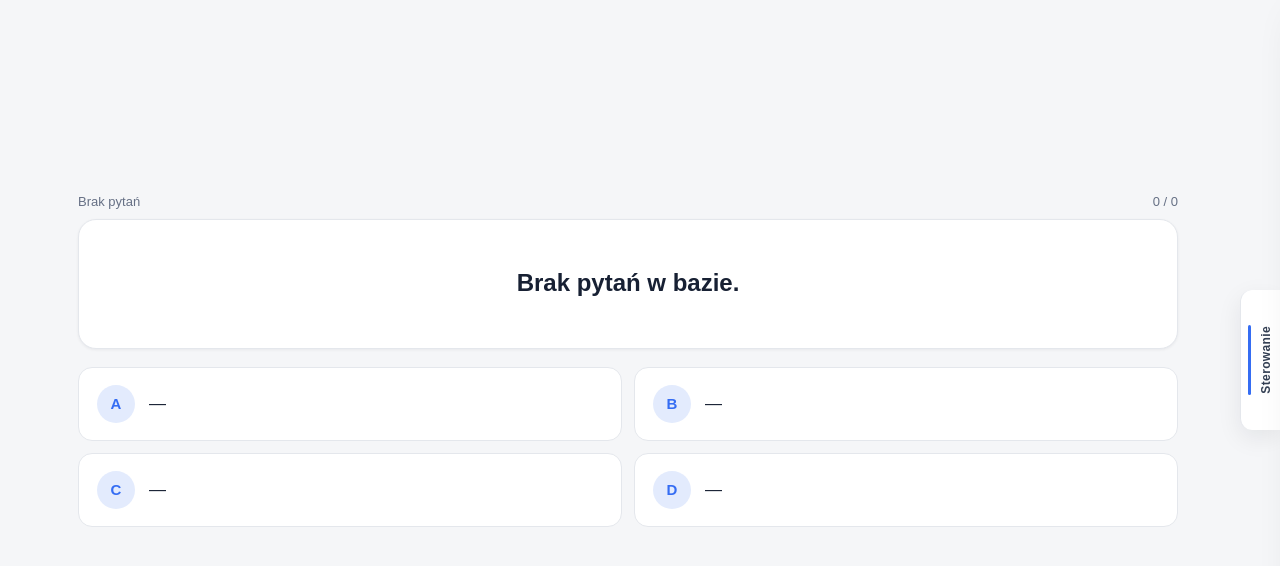
Repository: WaleonGames/HTGMilionerzy
Page: views/game.html
The author's editor kept a copy of each file at every save. The page is drawn from the files as they stood at one save, then again after the next save.
The browser window is 1280 px wide. The pictures show the whole page.

Above is the page before, as saved 2026-09-05 20:52:07.

### views/game.html
<!doctype html>
<html lang="pl">
<head>
  <meta charset="UTF-8">
  <meta name="viewport" content="width=device-width,initial-scale=1.0">

  <title>Milionerzy - Gra</title>

  <link rel="stylesheet" href="../public/css/design.css">
  <link rel="stylesheet" href="../public/css/game.css">
</head>
<body>
  <div class="game-app">
    <main class="game-stage">
      <section class="game-question-area">
        <div class="game-question-meta">
          <span id="questionNumber">
            Pytanie 1
          </span>

          <span id="questionProgress">
            1 / 12
          </span>
        </div>

        <div
          id="questionText"
          class="game-question"
        >
          Brak załadowanego pytania.
        </div>

        <div
          id="answersGrid"
          class="game-answers"
        >
          <button
            class="game-answer"
            data-answer="A"
            type="button"
          >
            <span class="game-answer-letter">
              A
            </span>

            <span
              id="answerTextA"
              class="game-answer-text"
            >
              —
            </span>
          </button>

          <button
            class="game-answer"
            data-answer="B"
            type="button"
          >
            <span class="game-answer-letter">
              B
            </span>

            <span
              id="answerTextB"
              class="game-answer-text"
            >
              —
            </span>
          </button>

          <button
            class="game-answer"
            data-answer="C"
            type="button"
          >
            <span class="game-answer-letter">
              C
            </span>

            <span
              id="answerTextC"
              class="game-answer-text"
            >
              —
            </span>
          </button>

          <button
            class="game-answer"
            data-answer="D"
            type="button"
          >
            <span class="game-answer-letter">
              D
            </span>

            <span
              id="answerTextD"
              class="game-answer-text"
            >
              —
            </span>
          </button>
        </div>
      </section>
    </main>

    <button
      id="openControlsButton"
      class="game-control-rail"
      type="button"
      aria-label="Otwórz sterowanie"
      title="Sterowanie"
    >
      <span class="game-control-rail-line"></span>

      <span class="game-control-rail-label">
        Sterowanie
      </span>
    </button>

    <div
      id="controlsBackdrop"
      class="game-offcanvas-backdrop"
      hidden
    ></div>

    <aside
      id="controlsPanel"
      class="game-offcanvas"
      aria-hidden="true"
    >
      <div class="game-offcanvas-header">
        <div>
          <span class="game-eyebrow">
            HOST
          </span>

          <h2>
            Sterowanie
          </h2>
        </div>

        <button
          id="closeControlsButton"
          class="game-icon-button"
          type="button"
          aria-label="Zamknij"
        >
          ×
        </button>
      </div>

      <div class="game-offcanvas-content">
        <section class="game-control-section">
          <h3>
            Wyświetlanie
          </h3>

          <button
            id="showQuestionButton"
            class="game-button"
            type="button"
          >
            Pokaż pytanie
          </button>

          <button
            id="showAnswersButton"
            class="game-button"
            type="button"
          >
            Pokaż odpowiedzi
          </button>
        </section>

        <section class="game-control-section">
          <h3>
            Odpowiedź gracza
          </h3>

          <div class="game-selected-answer">
            <span>
              Wybrana odpowiedź
            </span>

            <strong id="selectedAnswer">
              Brak
            </strong>
          </div>

          <button
            id="checkAnswerButton"
            class="game-button game-button-primary"
            type="button"
            disabled
          >
            Sprawdź odpowiedź
          </button>
        </section>

        <section class="game-control-section">
          <h3>
            Wynik
          </h3>

          <div class="game-result">
            <span>
              Status
            </span>

            <strong id="answerResult">
              —
            </strong>
          </div>
        </section>

        <section class="game-control-section">
          <h3>
            Nawigacja
          </h3>

          <div class="game-control-grid">
            <button
              id="previousQuestionButton"
              class="game-button"
              type="button"
            >
              Poprzednie
            </button>

            <button
              id="nextQuestionButton"
              class="game-button game-button-primary"
              type="button"
            >
              Następne
            </button>
          </div>
        </section>
      </div>

      <div class="game-offcanvas-footer">
        <button
          id="exitGameButton"
          class="game-button game-button-danger"
          type="button"
        >
          Zakończ rozgrywkę
        </button>
      </div>
    </aside>
  </div>

  <script src="../public/js/design.js"></script>
  <script src="../public/js/game.js"></script>
</body>
</html>

### public/css/game.css
*{
  box-sizing:border-box;
  margin:0;
  padding:0;
}

html,
body{
  width:100%;
  min-height:100%;
}

body{
  min-height:100vh;
  overflow:hidden;
  font-family:Arial,sans-serif;
  background:var(--design-bg);
  color:var(--design-text);
}

button{
  font:inherit;
  cursor:pointer;
}

[hidden]{
  display:none !important;
}

/* =========================
   APP
========================= */

.game-app{
  position:relative;
  min-height:100vh;
  background:var(--design-bg);
}

/* =========================
   STAGE
========================= */

.game-stage{
  display:flex;
  align-items:center;
  justify-content:center;
  min-height:100vh;
  padding:32px 56px 32px 32px;
}

.game-question-area{
  width:min(1100px,100%);
}

/* =========================
   QUESTION META
========================= */

.game-question-meta{
  display:flex;
  align-items:center;
  justify-content:space-between;
  gap:20px;
  margin-bottom:10px;
  color:var(--design-muted);
  font-size:13px;
}

/* =========================
   QUESTION
========================= */

.game-question{
  display:flex;
  align-items:center;
  justify-content:center;
  min-height:130px;
  padding:24px 30px;
  border:1px solid var(--design-border);
  border-radius:18px;
  background:var(--design-surface);
  color:var(--design-text);
  box-shadow:var(--design-shadow-sm);
  font-size:24px;
  font-weight:700;
  line-height:1.45;
  text-align:center;
}

/* =========================
   ANSWERS
========================= */

.game-answers{
  display:grid;
  grid-template-columns:1fr 1fr;
  gap:12px;
  margin-top:18px;
}

.game-answer{
  display:flex;
  align-items:center;
  gap:14px;
  min-height:74px;
  padding:14px 18px;
  border:1px solid var(--design-border);
  border-radius:14px;
  background:var(--design-surface);
  color:var(--design-text);
  text-align:left;
  transition:
    background .15s ease,
    border-color .15s ease,
    transform .15s ease;
}

.game-answer:hover{
  background:var(--design-surface-hover);
  border-color:var(--design-border-strong);
}

.game-answer:active{
  transform:scale(.99);
}

.game-answer-letter{
  display:flex;
  align-items:center;
  justify-content:center;
  width:38px;
  height:38px;
  flex:0 0 38px;
  border-radius:50%;
  background:color-mix(
    in srgb,
    var(--design-primary) 14%,
    var(--design-surface) 86%
  );
  color:var(--design-primary);
  font-size:15px;
  font-weight:800;
}

.game-answer-text{
  min-width:0;
  font-size:17px;
  line-height:1.4;
}

/* =========================
   ANSWER STATES
========================= */

.game-answer.selected{
  background:color-mix(
    in srgb,
    var(--design-primary) 18%,
    var(--design-surface) 82%
  );
  color:var(--design-text);
  border-color:var(--design-primary);
}

.game-answer.selected .game-answer-letter{
  background:var(--design-primary);
  color:#fff;
}

.game-answer.correct{
  background:var(--design-success-light);
  color:var(--design-success);
  border-color:var(--design-success-border);
}

.game-answer.correct .game-answer-letter{
  background:var(--design-success);
  color:#fff;
}

.game-answer.wrong{
  background:var(--design-danger-light);
  color:var(--design-danger);
  border-color:var(--design-danger-border);
}

.game-answer.wrong .game-answer-letter{
  background:var(--design-danger);
  color:#fff;
}

/* =========================
   CONTROL RAIL
========================= */

.game-control-rail{
  position:fixed;
  top:50%;
  right:0;
  z-index:700;
  display:flex;
  align-items:center;
  gap:8px;
  height:140px;
  padding:10px 7px;
  border:0;
  border-left:1px solid var(--design-border);
  border-radius:12px 0 0 12px;
  background:var(--design-surface);
  color:var(--design-text-soft);
  box-shadow:var(--design-shadow-md);
  transform:translateY(-50%);
}

.game-control-rail:hover{
  background:var(--design-surface-hover);
  color:var(--design-text);
}

.game-control-rail-line{
  display:block;
  width:3px;
  height:70px;
  border-radius:999px;
  background:var(--design-primary);
}

.game-control-rail-label{
  writing-mode:vertical-rl;
  transform:rotate(180deg);
  font-size:12px;
  font-weight:700;
  letter-spacing:.03em;
}

/* =========================
   BUTTON
========================= */

.game-button{
  display:inline-flex;
  align-items:center;
  justify-content:center;
  min-height:40px;
  padding:0 14px;
  border:1px solid var(--design-border);
  border-radius:9px;
  background:var(--design-surface);
  color:var(--design-text-soft);
  font-size:14px;
  font-weight:700;
}

.game-button:hover{
  background:var(--design-surface-hover);
  color:var(--design-text);
  border-color:var(--design-border-strong);
}

.game-button:disabled{
  opacity:.5;
  cursor:not-allowed;
}

.game-button-primary{
  background:var(--design-primary);
  color:#fff;
  border-color:var(--design-primary);
}

.game-button-primary:hover{
  background:var(--design-primary-hover);
  color:#fff;
  border-color:var(--design-primary-hover);
}

.game-button-danger{
  background:var(--design-danger-light);
  color:var(--design-danger);
  border-color:var(--design-danger-border);
}

.game-button-danger:hover{
  color:var(--design-danger-hover);
  border-color:var(--design-danger-hover);
}

/* =========================
   OFFCANVAS BACKDROP
========================= */

.game-offcanvas-backdrop{
  position:fixed;
  inset:0;
  z-index:900;
  background:rgba(0,0,0,.42);
  backdrop-filter:blur(1px);
}

/* =========================
   OFFCANVAS
========================= */

.game-offcanvas{
  position:fixed;
  top:0;
  right:0;
  bottom:0;
  z-index:1000;
  display:flex;
  flex-direction:column;
  width:min(400px,calc(100vw - 32px));
  background:var(--design-surface);
  border-left:1px solid var(--design-border);
  box-shadow:var(--design-shadow-lg);
  transform:translateX(105%);
  transition:transform .22s ease;
}

.game-offcanvas.open{
  transform:translateX(0);
}

.game-offcanvas-header{
  display:flex;
  align-items:center;
  justify-content:space-between;
  gap:16px;
  min-height:78px;
  padding:16px 18px;
  border-bottom:1px solid var(--design-border);
}

.game-offcanvas-header h2{
  margin-top:3px;
  font-size:22px;
}

.game-eyebrow{
  color:var(--design-primary);
  font-size:10px;
  font-weight:800;
  letter-spacing:.14em;
}

.game-icon-button{
  display:flex;
  align-items:center;
  justify-content:center;
  width:38px;
  height:38px;
  flex:0 0 38px;
  border:1px solid var(--design-border);
  border-radius:9px;
  background:var(--design-surface);
  color:var(--design-text);
  font-size:22px;
}

.game-icon-button:hover{
  background:var(--design-surface-hover);
}

/* =========================
   OFFCANVAS CONTENT
========================= */

.game-offcanvas-content{
  display:flex;
  flex:1;
  flex-direction:column;
  gap:18px;
  min-height:0;
  padding:18px;
  overflow:auto;
}

.game-control-section{
  display:flex;
  flex-direction:column;
  gap:10px;
}

.game-control-section h3{
  font-size:14px;
}

.game-control-section>.game-button{
  width:100%;
}

/* =========================
   VALUES
========================= */

.game-selected-answer,
.game-result{
  display:flex;
  flex-direction:column;
  gap:5px;
  padding:13px;
  border:1px solid var(--design-border);
  border-radius:10px;
  background:var(--design-surface-soft);
}

.game-selected-answer span,
.game-result span{
  color:var(--design-muted);
  font-size:12px;
}

.game-selected-answer strong,
.game-result strong{
  color:var(--design-text);
  font-size:17px;
}

/* =========================
   CONTROL GRID
========================= */

.game-control-grid{
  display:grid;
  grid-template-columns:1fr 1fr;
  gap:9px;
}

/* =========================
   OFFCANVAS FOOTER
========================= */

.game-offcanvas-footer{
  padding:16px 18px;
  border-top:1px solid var(--design-border);
}

.game-offcanvas-footer .game-button{
  width:100%;
}

/* =========================
   RESPONSIVE
========================= */

@media(max-width:800px){
  body{
    overflow:auto;
  }

  .game-stage{
    min-height:100vh;
    padding:20px 54px 20px 14px;
  }

  .game-question{
    min-height:110px;
    padding:20px;
    font-size:20px;
  }

  .game-answers{
    grid-template-columns:1fr;
  }

  .game-control-rail{
    height:120px;
  }
}

Loaded but not shown: public/js/game.js (333 lines, source omitted); public/js/design.js (200 lines, source omitted); public/css/design.css (1034 lines, source omitted)

After the next save:
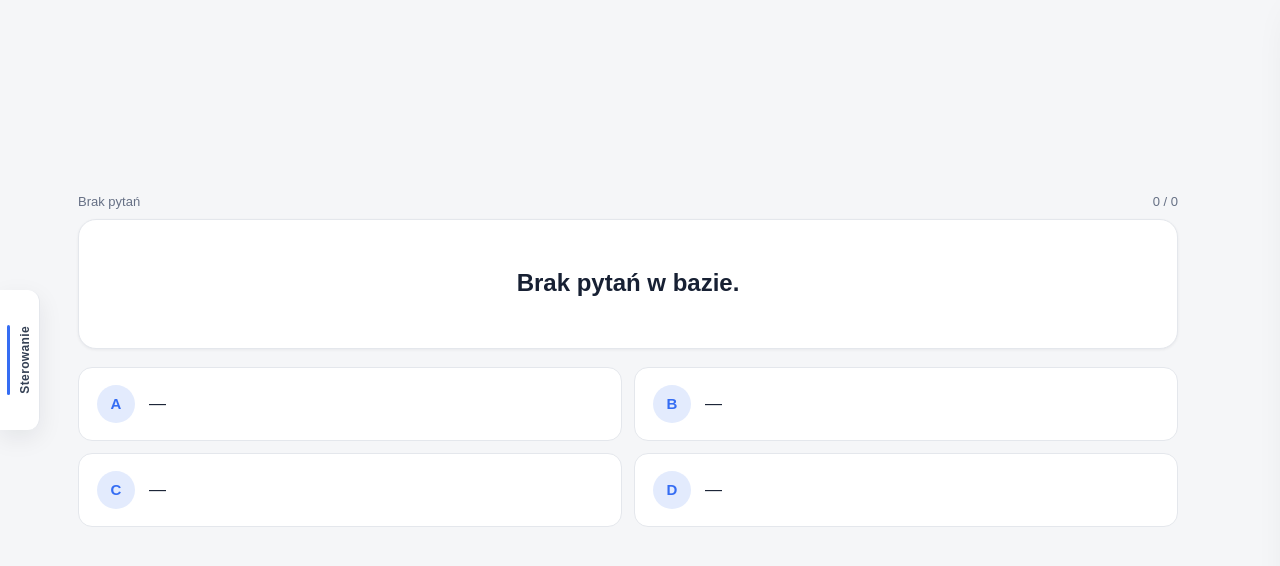
Saved 39 s later.
--- a/public/css/game.css
+++ b/public/css/game.css
@@ -197,19 +197,25 @@ button{
 .game-control-rail{
   position:fixed;
   top:50%;
-  right:0;
+  left:0;
   z-index:700;
+
   display:flex;
   align-items:center;
   gap:8px;
+
   height:140px;
   padding:10px 7px;
+
   border:0;
-  border-left:1px solid var(--design-border);
-  border-radius:12px 0 0 12px;
+  border-right:1px solid var(--design-border);
+  border-radius:0 12px 12px 0;
+
   background:var(--design-surface);
   color:var(--design-text-soft);
+
   box-shadow:var(--design-shadow-md);
+
   transform:translateY(-50%);
 }
 
@@ -220,15 +226,20 @@ button{
 
 .game-control-rail-line{
   display:block;
+
   width:3px;
   height:70px;
+
   border-radius:999px;
+
   background:var(--design-primary);
 }
 
 .game-control-rail-label{
   writing-mode:vertical-rl;
+
   transform:rotate(180deg);
+
   font-size:12px;
   font-weight:700;
   letter-spacing:.03em;
